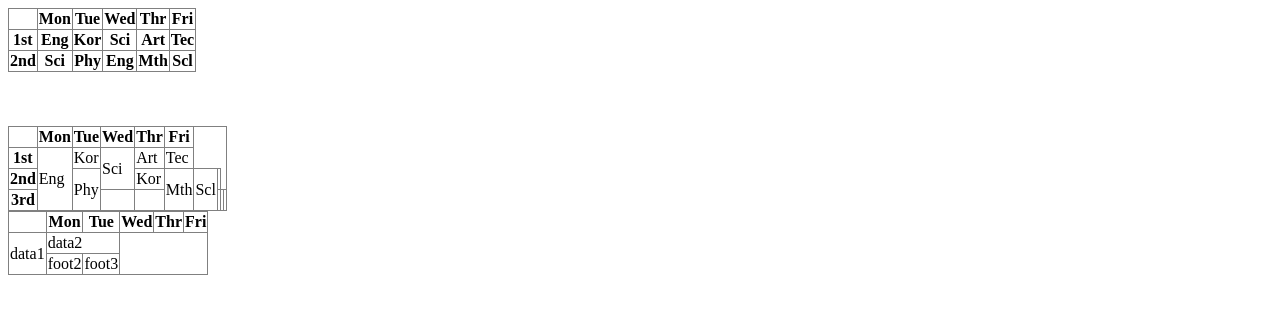
Repository: LucestDail/WebEclipse-Workspace
Page: htmlProject/WebContent/Test1.html
An editor plug-in stored every save of this project. The page is shown before and after the next save, followed by the edit.
The browser window is 1280 px wide. The pictures show the whole page.

Above is the page before, as saved 2020-11-05 06:51:59.

After the next save:
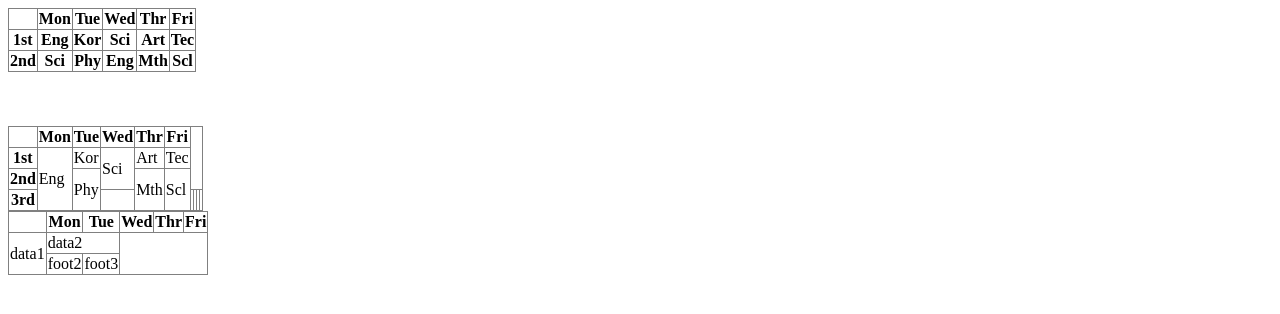
Saved 51 s later.
--- a/htmlProject/WebContent/Test1.html
+++ b/htmlProject/WebContent/Test1.html
@@ -56,10 +56,8 @@
 <tr>
 	<th>2nd</th>
 	<td rowspan = "2">Phy</td>
-	<td>Kor</td>
 	<td rowspan = "2">Mth</td>
 	<td rowspan = "2">Scl</td>
-	<th></th>
 </tr>
 <tr>
 	<th>3rd</th>
